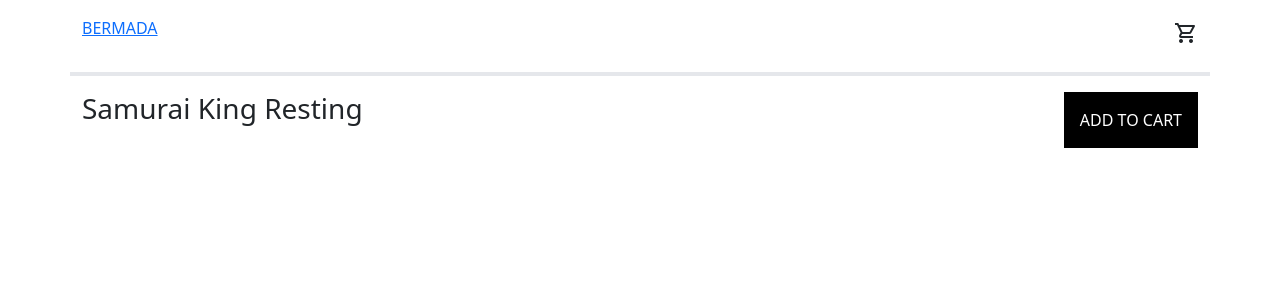
Repository: latenightsnacc/cra-template-html
Page: index.html
An editor plug-in stored every save of this project. The page is shown before and after the next save, followed by the edit.
The browser window is 1280 px wide. The pictures show the whole page.
Some web libraries are served in a nearby version.

Above is the page before, as saved 2021-04-21 16:11:23.

After the next save:
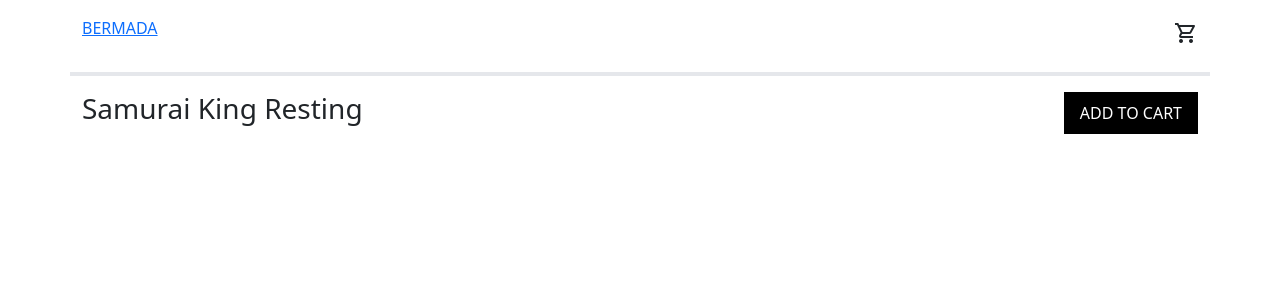
Saved 14 s later.
--- a/index.html
+++ b/index.html
@@ -40,7 +40,7 @@
                 <!--Photo Title-->
                 <h3 class="capitalize">samurai king resting</h3>
                 <!--Add To Cart Button-->
-                <button class="bg-black text-white uppercase p-3">add to cart</button>
+                <button class="bg-black text-white uppercase py-1 px-3">add to cart</button>
             </div>
         </div>
         <!--END OF PHOTO OF THE DAY-->
